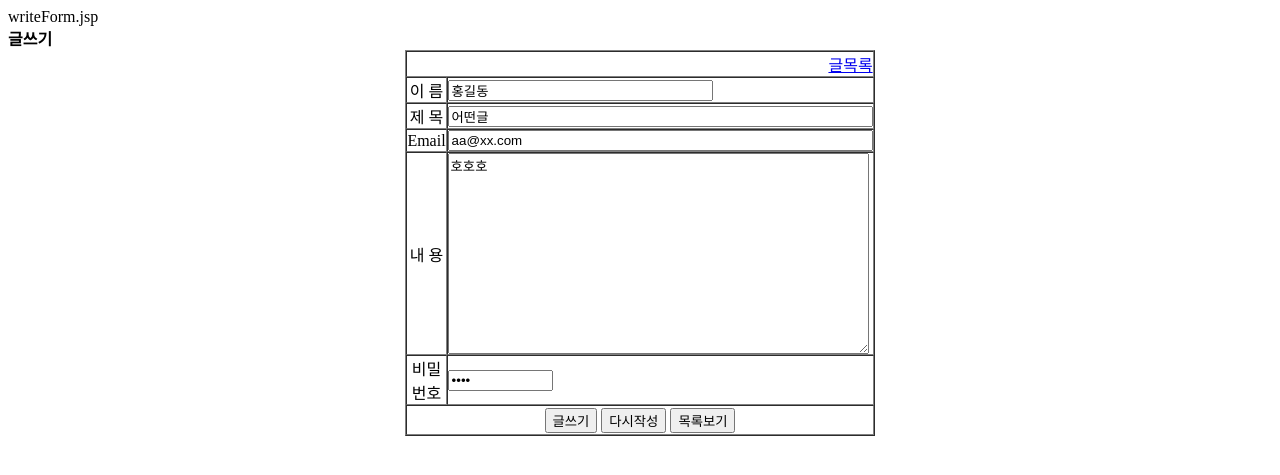
Repository: uj06134/Metabuild_JSP
Page: http://localhost/06_Board/writeForm.jsp
These files come from the project's save history. The page is drawn as it stood at one moment and after the next save; the edit follows.
The browser window is 1280 px wide. The pictures show the whole page.
The page is served by Tomcat 9.

Above is the page before, as saved 2025-09-15 03:14:07.

After the next save:
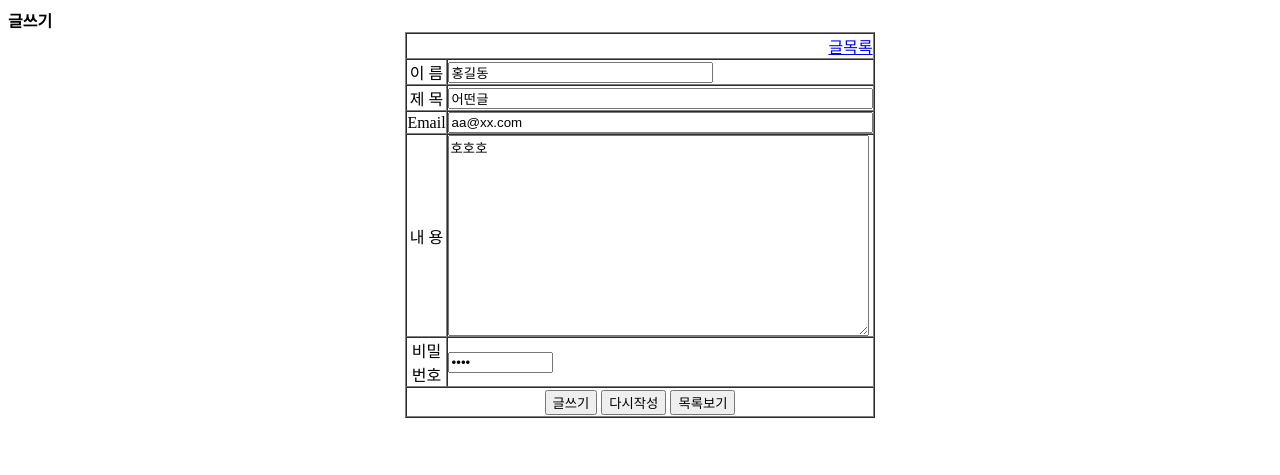
Saved 60 s later.
--- a/06_Board/src/main/webapp/writeForm.jsp
+++ b/06_Board/src/main/webapp/writeForm.jsp
@@ -2,8 +2,6 @@
     pageEncoding="UTF-8"%>
 <script type="text/javascript" src="js/jquery.js"></script>
 <script type="text/javascript" src="script.js"></script>
-
-writeForm.jsp<br>
 
 <b>글쓰기</b> <br>
 		<form method="post" name="writeform" action="writePro.jsp" onsubmit="return writeSave()">
